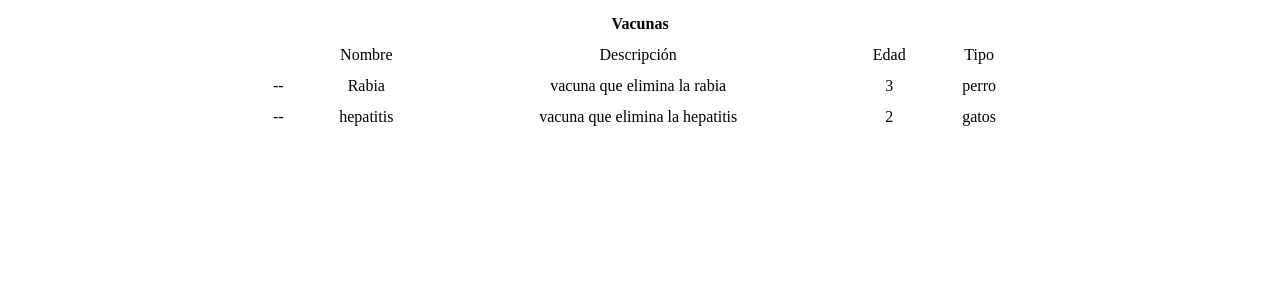
Repository: jorgesanchezfernandez/CodePortfolio
Page: http://localhost/Perrera/ListadoVacunas.jsp
An editor plug-in stored every save of this project. The page is shown before and after the next save, followed by the edit.
The browser window is 1280 px wide. The pictures show the whole page.
The page is served by Tomcat 9. Other server files are loaded and not shown.

Above is the page before, as saved 2006-05-04 16:39:10.

### Java & Javascript/Web/Perrera/WebContent/ListadoVacunas.jsp
<?xml version="1.0" encoding="ISO-8859-1" ?>
<%@ page language="java" contentType="text/html; charset=ISO-8859-1"
    pageEncoding="ISO-8859-1" import="Perrera.*,java.util.*"%>
<!DOCTYPE html PUBLIC "-//W3C//DTD XHTML 1.0 Transitional//EN" "http://www.w3.org/TR/xhtml1/DTD/xhtml1-transitional.dtd">
<html xmlns="http://www.w3.org/1999/xhtml">
<head>
<meta http-equiv="Content-Type" content="text/html; charset=ISO-8859-1" />
<title>Insert title here</title>
</head>
<body>
<table summary ="Listado de Vacunas" cellSpacing="1" cellPadding="6" width="770"
align="center" border="0">
	<tr valign ="middle" align="center">
	<td colspan="6"><b>Vacunas</b></td>
	</tr>
	<tr valign =" middle" align="center" id="cabecera">
	<td>&nbsp;</td><td>Nombre</td><td>Descripción</td> <td>Edad</td>
	<td>Tipo</td>
	</tr>
<%
	List vacunas = VacunaStore.getInstance().getVacunas();
	for (Iterator iter = vacunas.iterator(); iter.hasNext();) {
		Vacuna v = (Vacuna) iter.next();
%>
<tr align="center" id="productos">
<td>--</td>

<td> <%=v.getNombre()%> </td>
<td> <%=v.getDescripcion()%></td>
<td> <%=v.getEdadVacunacion()%></td>
<td> <%=v.getTipo()%></td>
</td>
</tr>
<%
} %></table>
</body>
</html>

### Java & Javascript/Web/Perrera/src/Perrera/VacunaStore.java
package Perrera;
/**
 * Clase que administra las bacunas. PD Singleton. Tiene 1 funcionalidad de busqueda
 * de vacuna a unos animales concretos.
 */

import java.util.List;
import java.util.LinkedList;
import java.util.Iterator;

public class VacunaStore {

	private static VacunaStore adVacuna;
	private List vacunas;		//lista de vacunas

	public static synchronized VacunaStore getInstance(){
		if(adVacuna==null)
			adVacuna= new VacunaStore();
		return adVacuna;
	}

	private VacunaStore(){
		/*
		 *	Constructor de la clase, crea dos vacunas por defecto
		 */
		vacunas = new LinkedList();

		Vacuna v1=new Vacuna();
		v1.setNombre("Rabia");
		v1.setDescripcion("vacuna que elimina la rabia");
		v1.setEdadVacunacion(3);
		v1.setTipo("perro");

		Vacuna v2=new Vacuna();
		v2.setNombre("hepatitis");
		v2.setDescripcion("vacuna que elimina la hepatitis");
		v2.setEdadVacunacion(2);
		v2.setTipo("gatos");

		vacunas.add(v1);
		vacunas.add(v2);
	}

	public Vacuna getVacuna(String vacunaID){
		/*
		 * Nos realiza una busqueda por nombre de centro	==> Nota, podemos utilizar metodo plantilla?
		 */
		Vacuna result = null;
		Iterator iter = vacunas.iterator();
		while(iter.hasNext() && result==null) {
			Vacuna van = (Vacuna) iter.next();
			if (van.getVacunaID().compareTo(vacunaID) == 0) {
				result = van;
			}
		}
		return result;
	}

	public List getVacunas(){
		return vacunas;
	}

}

### Java & Javascript/Web/Perrera/src/Perrera/Vacuna.java
package Perrera;
/**
 * Clase que contiene los datos de la vacuna.
 */

public class Vacuna {
	private String vacunaID;
	private String Nombre;
	private String Descripcion;
	private String Tipo;			//Describe a que animal debe ser puesta.
	private int EdadVacunacion;

	public String getDescripcion() {
		return Descripcion;
	}
	public void setDescripcion(String descripcion) {
		Descripcion = descripcion;
	}
	public int getEdadVacunacion() {
		return EdadVacunacion;
	}
	public void setEdadVacunacion(int edadVacunacion) {
		EdadVacunacion = edadVacunacion;
	}
	public String getNombre() {
		return Nombre;
	}
	public void setNombre(String nombre) {
		Nombre = nombre;
	}
	public String getTipo() {
		return Tipo;
	}
	public void setTipo(String tipo) {
		Tipo = tipo;
	}

	public String getVacunaID() {
		return vacunaID;
	}

	public void setVacunaID(String vacunaID) {
		this.vacunaID = vacunaID;
	}


}

After the next save:
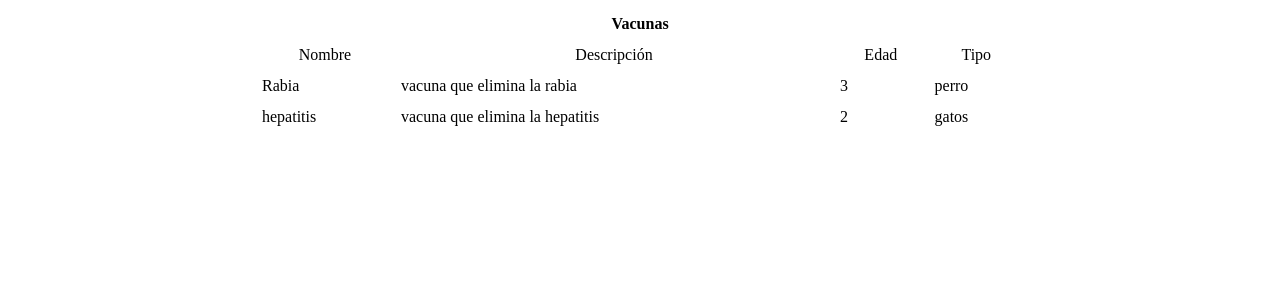
Saved 3 min 16 s later.
--- a/Java & Javascript/Web/Perrera/WebContent/ListadoVacunas.jsp
+++ b/Java & Javascript/Web/Perrera/WebContent/ListadoVacunas.jsp
@@ -14,16 +14,14 @@ align="center" border="0">
 	<td colspan="6"><b>Vacunas</b></td>
 	</tr>
 	<tr valign =" middle" align="center" id="cabecera">
-	<td>&nbsp;</td><td>Nombre</td><td>Descripción</td> <td>Edad</td>
-	<td>Tipo</td>
+	<td>Nombre</td><td>Descripción</td> <td>Edad</td><td>Tipo</td>
 	</tr>
 <%
 	List vacunas = VacunaStore.getInstance().getVacunas();
 	for (Iterator iter = vacunas.iterator(); iter.hasNext();) {
 		Vacuna v = (Vacuna) iter.next();
 %>
-<tr align="center" id="productos">
-<td>--</td>
+<tr>
 
 <td> <%=v.getNombre()%> </td>
 <td> <%=v.getDescripcion()%></td>
